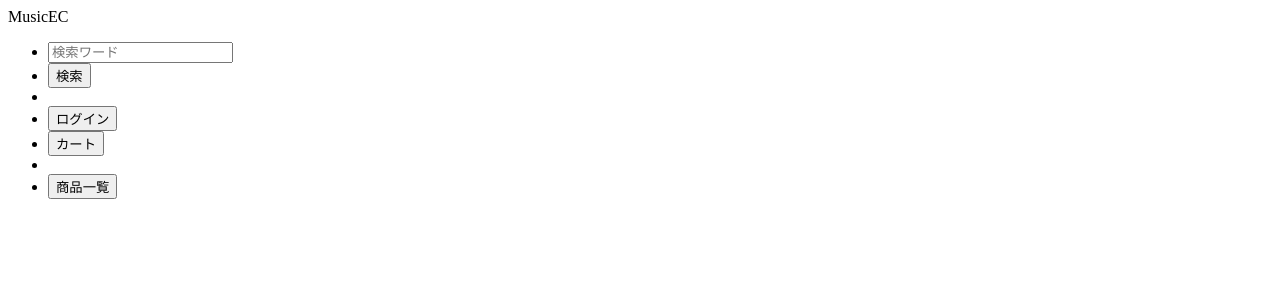
Repository: Yanagida-Kazuki-1204/portfolio
Page: http://localhost/music/header.jsp
An editor plug-in stored every save of this project. The page is shown before and after the next save, followed by the edit.
The browser window is 1280 px wide. The pictures show the whole page.
The page is served by Tomcat 9. Other server files are loaded and not shown.

Above is the page before, as saved 2018-08-20 02:51:01.

### music/WebContent/header.jsp
<%@ page language="java" contentType="text/html; charset=UTF-8"
    pageEncoding="UTF-8"%>
<%@ taglib prefix="s" uri="/struts-tags"%>
<%@ taglib prefix="c" uri="http://java.sun.com/jsp/jstl/core"%>
<!DOCTYPE html>
<html>
<head>
<meta charset="UTF-8">
<!-- <link rel="stylesheet" href="./css/style.css">  -->
<title>ヘッダー</title>
<script>
function goLoginAction(){
	document.getElementById("form").action="GoLoginAction";
}
function goMyPageAction(){
	document.getElementById("form").action="MyPageAction";
}
function goCartAction(){
	document.getElementById("form").action="CartAction";
}
function goProductListAction(){
	document.getElementById("categoryId").value=1;
	document.getElementById("form").action="ProductListAction";
}
function goLogoutAction(){
	document.getElementById("form").action="LogoutAction";
}
function goSearchItemAction(){
	document.getElementById("form").action="SearchItemAction";
}
</script>
</head>
<body>

<header>
<div id="header">
<div id="headertitle">MusicEC</div>
<div id="header-menu">
<ul>
<s:form id="form" name="form">
    <s:if test='#session.containsKey("mCategoryDtoList")'>
	<li><s:select name="categoryId" list="#session.mCategoryDtoList" listValue="categoryName" listKey="categoryId" class="cs-div" id="categoryId"/></li>
	</s:if>
	<li><s:textfield name="keywords" class="txt-keywords" placeholder="検索ワード" /></li>
	<li><s:submit value="検索" class="submit_btn" onclick="goSearchItemAction();"/><li>
	<s:if test="#session.logined==1">
	<li><s:submit value="ログアウト" class="submit_btn" onclick="goLogoutAction();"/></li>
	</s:if>
	<s:else>
		<li><s:submit value="ログイン" class="submit_btn" onclick="goLoginAction();"/></li>
	</s:else>
	<li><s:submit value="カート" class="submit_btn" onclick="goCartAction();"/><li>
	<li><s:submit value="商品一覧" class="submit_btn" onclick="goProductListAction();"/></li>
	<s:if test="#session.logined==1">
		<li><s:submit value="マイページ" class="submit_btn" onclick="goMyPageAction();"/></li>
	</s:if>
</s:form>
</ul>
</div>
</div>
</header>

</body>
</html>

After the next save:
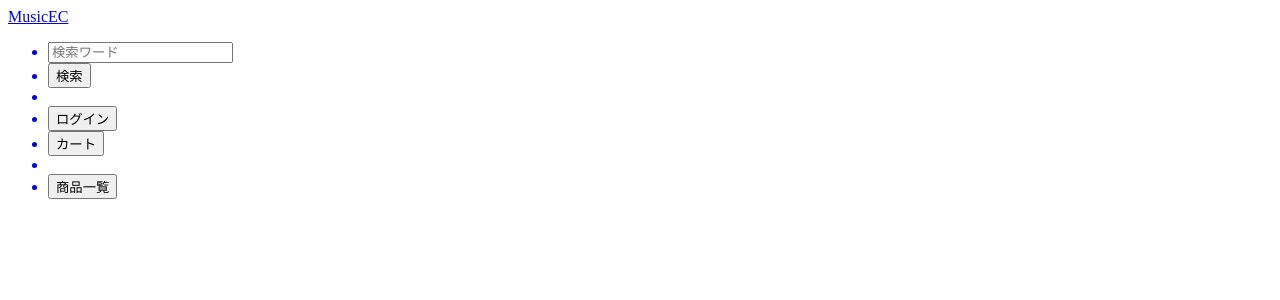
Saved 94 s later.
--- a/music/WebContent/header.jsp
+++ b/music/WebContent/header.jsp
@@ -34,7 +34,7 @@ function goSearchItemAction(){
 
 <header>
 <div id="header">
-<div id="headertitle">MusicEC</div>
+<div id="headertitle"><a class="headerLogo" href="http://localhost:8080/music/HomeAction">MusicEC</div>
 <div id="header-menu">
 <ul>
 <s:form id="form" name="form">
